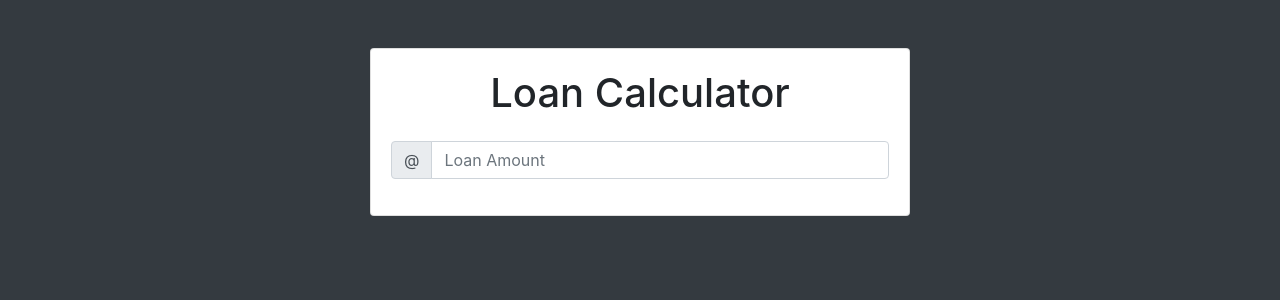
Repository: varun-project/LearningJs
Page: index.html
These files come from the project's save history. The page is drawn as it stood at one moment and after the next save; the edit follows.
The browser window is 1280 px wide. The pictures show the whole page.

Above is the page before, as saved 2019-07-28 16:39:39.

After the next save:
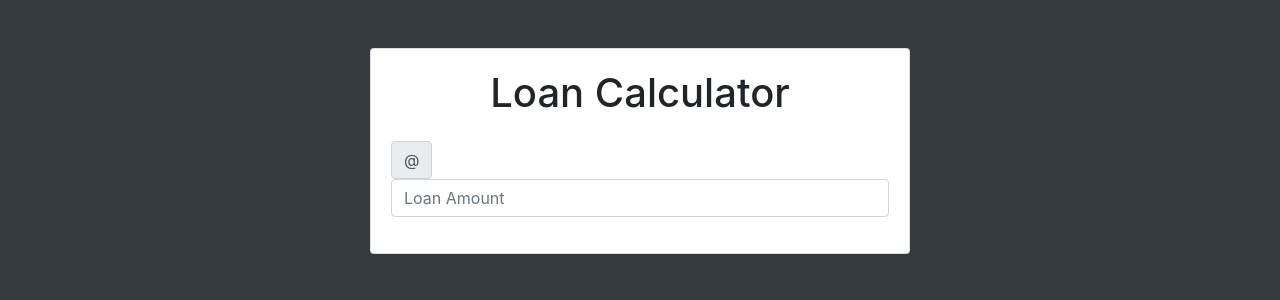
Saved 16 s later.
--- a/index.html
+++ b/index.html
@@ -22,7 +22,7 @@
 <div class="form-group">
   <div class="input-group">
 
-      <div class="input-group-prepend">
+      <!-- <div class="input-group-prepend"> -->
           <div class="input-group-text">@</div>
         </div>
     <input type="number" class="form-control" id="amount" placeholder="Loan Amount">

After the save that followed:
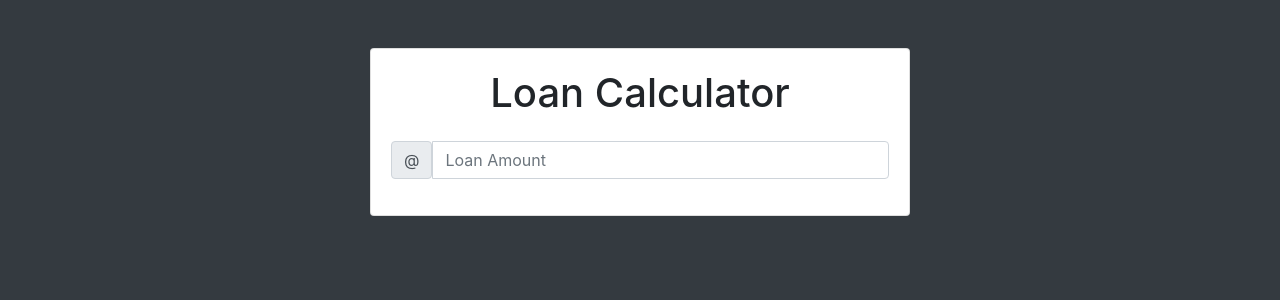
Saved 4 s later.
--- a/index.html
+++ b/index.html
@@ -24,7 +24,7 @@
 
       <!-- <div class="input-group-prepend"> -->
           <div class="input-group-text">@</div>
-        </div>
+        <!-- </div> -->
     <input type="number" class="form-control" id="amount" placeholder="Loan Amount">
   </div>
 </div>
